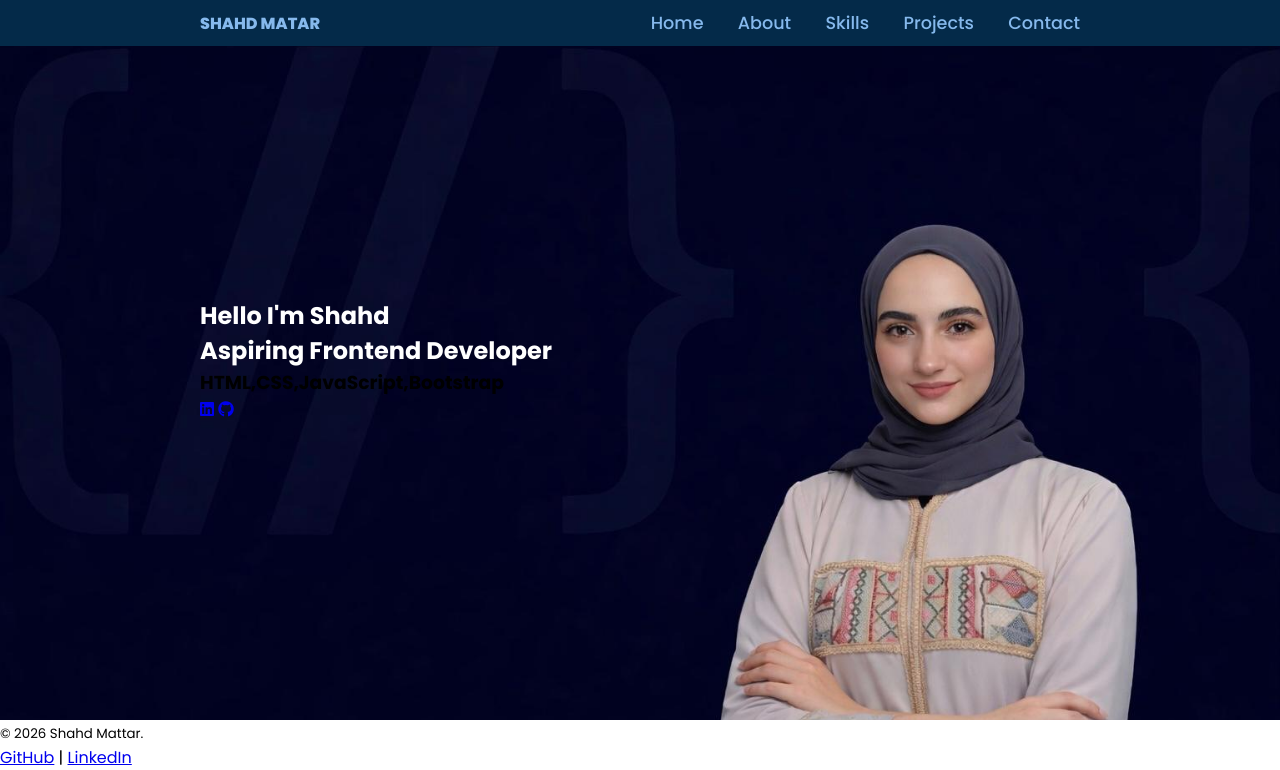
Repository: shahdmattar/personal-landing-page
Page: index.html
The author's editor kept a copy of each file at every save. The page is drawn from the files as they stood at one save, then again after a run of saves.
The browser window is 1280 px wide. The pictures show the whole page.
Backgrounds fixed to the window are drawn as part of the page.

Above is the page before, as saved 2026-04-15 10:50:04.

After the next 3 saves:
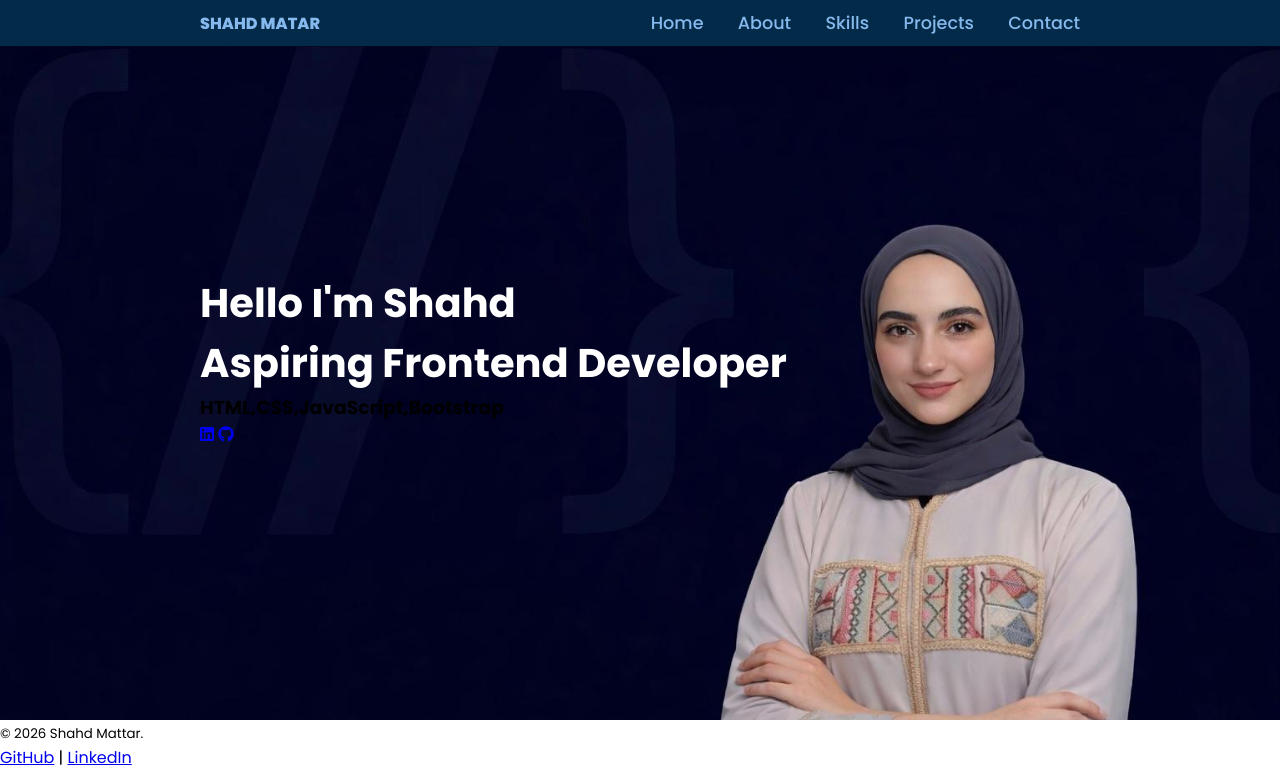
The 3 saves are shown as one change because they came seconds apart.
The last was saved 18 s later.
--- a/style.css
+++ b/style.css
@@ -58,5 +58,6 @@ section{
 
 .main h2{
   color:#fff;
-
+  font-size:2.5rem;
+  font
 }
